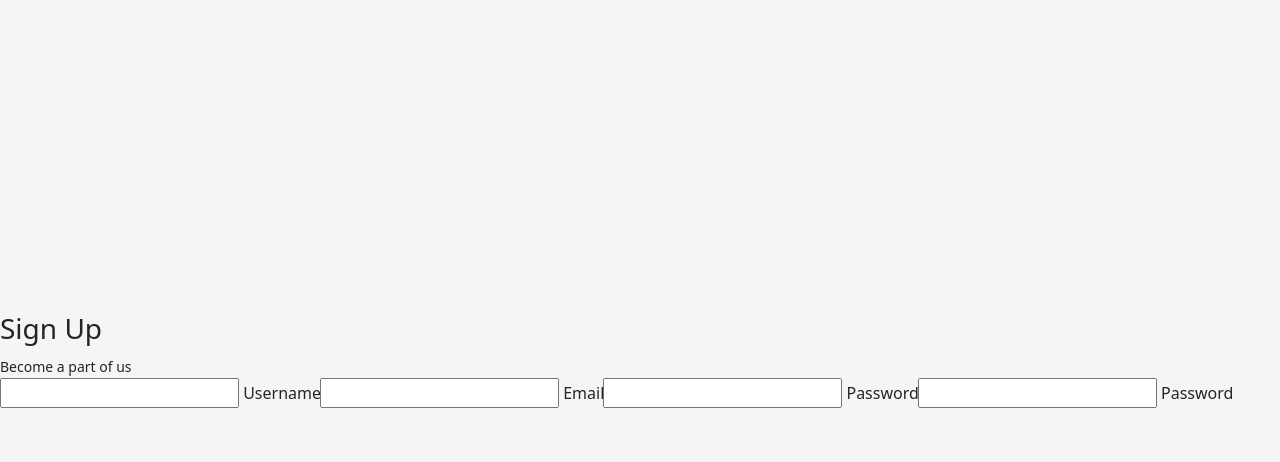
Repository: MauDucKG/BigFarm
Page: http://localhost/BigFarm/views/main/register/index.php
The author's editor kept a copy of each file at every save. The page is drawn from the files as they stood at one save, then again after the next save.
The browser window is 1280 px wide. The pictures show the whole page.
The page is run by PHP 8.4 with error messages shown; the project is at /var/www/html/.

Above is the page before, as saved 2023-04-26 17:58:31.

### views/main/register/index.php
<!DOCTYPE html>
<html lang="en">

<head>
	<meta charset="utf-8">
	<meta name="viewport" content="width=device-width, initial-scale=1">
	<title>Register</title>
	<link href="https://cdn.jsdelivr.net/npm/bootstrap@5.2.2/dist/css/bootstrap.min.css" rel="stylesheet" integrity="sha384-Zenh87qX5JnK2Jl0vWa8Ck2rdkQ2Bzep5IDxbcnCeuOxjzrPF/et3URy9Bv1WTRi" crossorigin="anonymous">
	<link rel="stylesheet" href="assets/stylesheets/register.css">
</head>

<body>
    <div class="register-box" id="regUser">
        <div class="top-header">
            <h3>Sign Up</h3>
            <small>Become a part of us</small>
        </div>
        <div class="input-group">
            <div class="input-field">
                <input type="text" class="input-box" id="regUser" required>
                <label for="regUser">Username</label>
            </div>
            <div class="input-field">
                <input type="text" class="input-box" id="regUser" required>
                <label for="regUser">Email</label>
            </div>
            <div class="input-field">
                <input type="text" class="input-box" id="regUser" required>
                <label for="regUser">Password</label>
            </div>
            <div class="input-field">
                <input type="text" class="input-box" id="regUser" required>
                <label for="regUser">Password</label>
            </div>

        </div>
    </div>
</body>

</html>

### assets/stylesheets/register.css
html,
body {
  height: 100%;
}

body {
  display: flex;
  align-items: center;
  padding-top: 40px;
  padding-bottom: 40px;
  background-color: #f5f5f5;
}

.form-signin {
  max-width: 500px;
  padding: 15px;
}

.form-signin .form-floating:focus-within {
  z-index: 2;
}

After the next save:
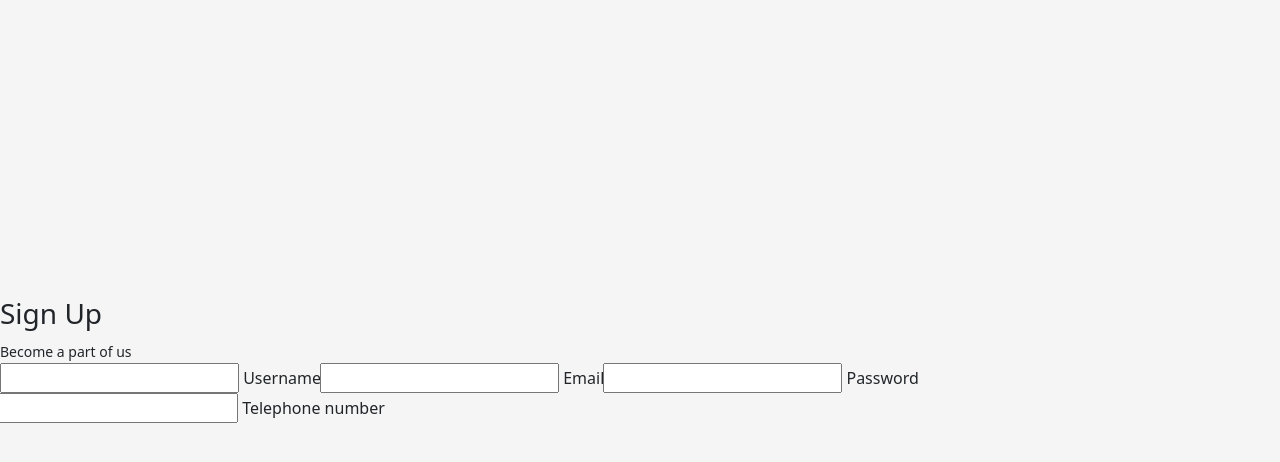
Saved 6 s later.
--- a/views/main/register/index.php
+++ b/views/main/register/index.php
@@ -30,7 +30,7 @@
             </div>
             <div class="input-field">
                 <input type="text" class="input-box" id="regUser" required>
-                <label for="regUser">Password</label>
+                <label for="regUser">Telephone number</label>
             </div>
 
         </div>
